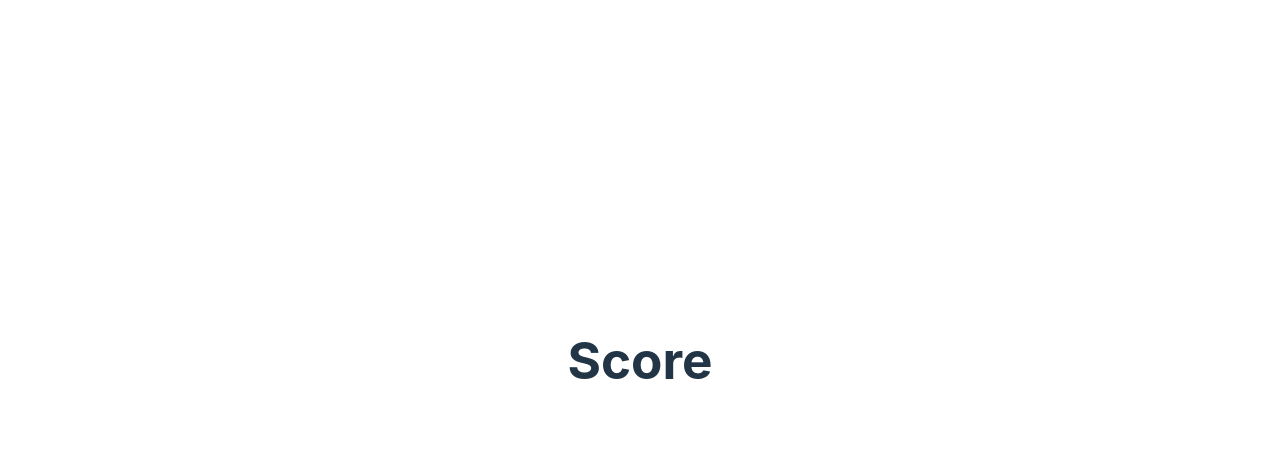
Repository: mxdi9i7/se-8-class-24
Page: /score
An editor plug-in stored every save of this project. The page is shown before and after the next save, followed by the edit.
The browser window is 1280 px wide. The pictures show the whole page.
The project was rebuilt for these pictures with package versions that can differ from the ones it lists, and the page was loaded fresh each time. Also part of the build but not shown: vite.config.ts, src/pages/SignupPage.tsx, src/pages/LoginPage.tsx.

Above is the page before, as saved 2023-12-01 18:56:21.

After the next save:
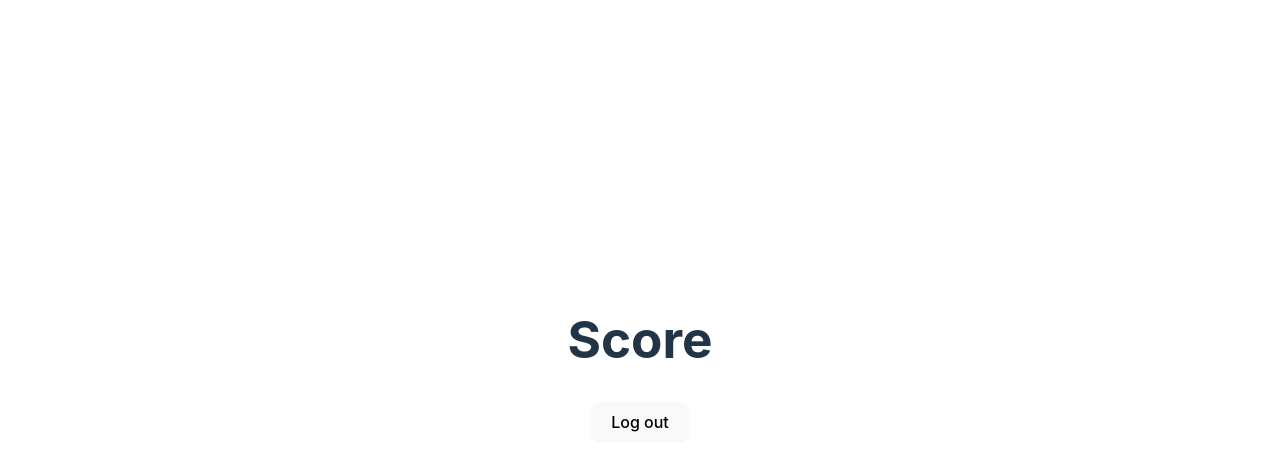
Saved 27 s later.
--- a/src/pages/ScorePage.tsx
+++ b/src/pages/ScorePage.tsx
@@ -14,6 +14,7 @@ function ScorePage() {
   return (
     <div>
       <h1>Score</h1>
+      <button>Log out</button>
     </div>
   );
 }
